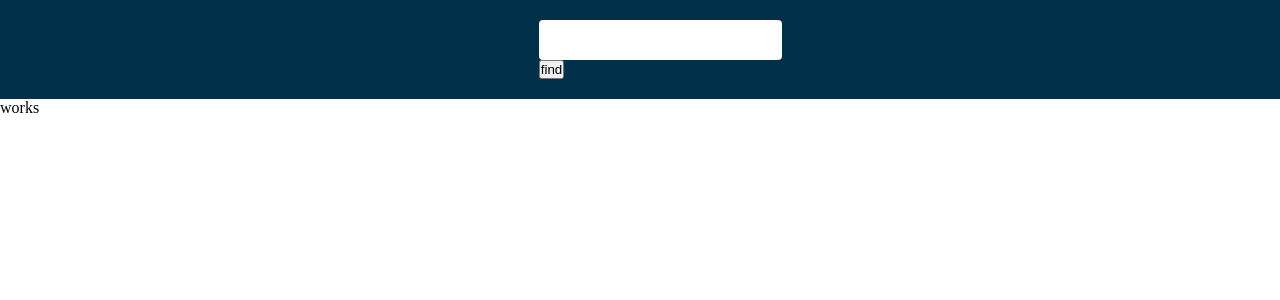
Repository: rutsguifd/uni
Page: / (app in filmhub-react/)
These files come from the project's save history. The page is drawn as it stood at one moment and after the next save; the edit follows.
The browser window is 1280 px wide. The pictures show the whole page.
The project was rebuilt for these pictures with package versions that can differ from the ones it lists, and the page was loaded fresh each time.

Above is the page before, as saved 2022-04-13 01:17:08.

After the next save:
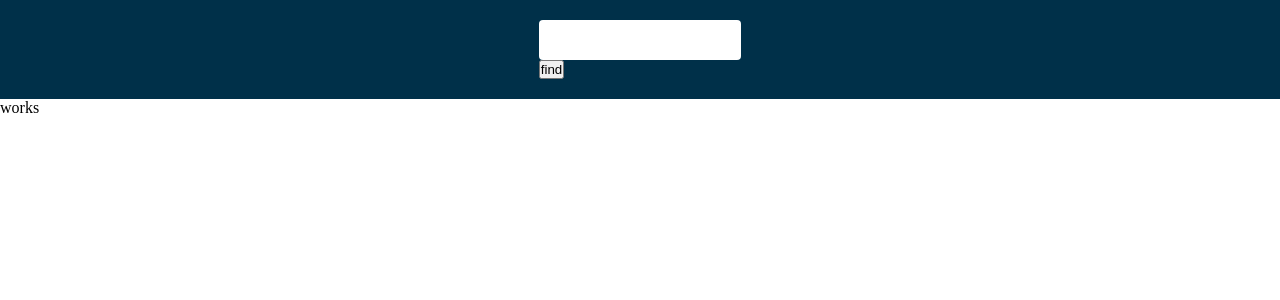
Saved 4 s later.
--- a/filmhub-react/src/components/UI/MyInput/MyInput.module.scss
+++ b/filmhub-react/src/components/UI/MyInput/MyInput.module.scss
@@ -1,6 +1,6 @@
 .input{
     height: 40px;
-    width: 120%;
+    width: 100%;
     border-radius: 4px;
     border: none;
     &:focus{
